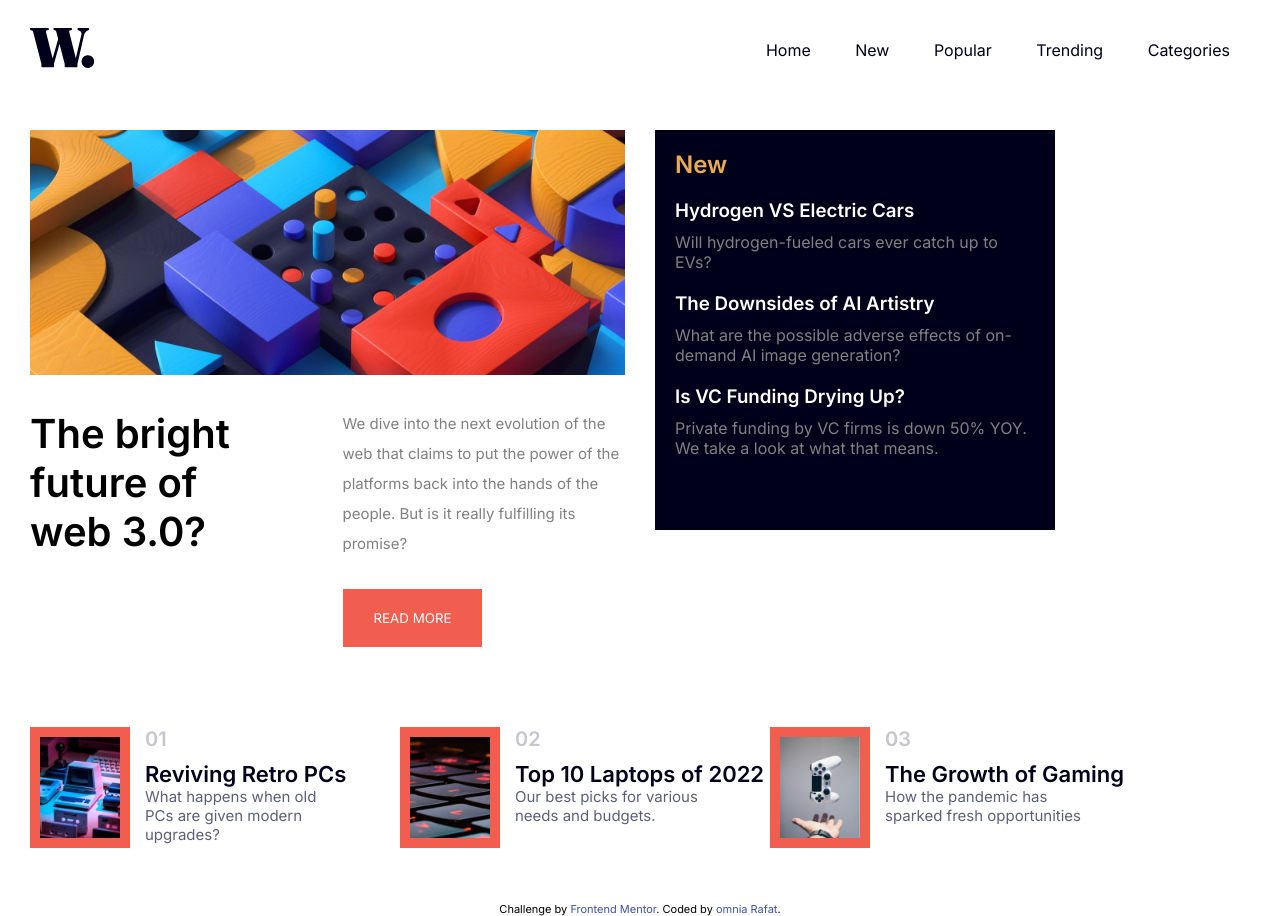
Repository: OmniaRafat232111121/HomePage
Page: index.html
An editor plug-in stored every save of this project. The page is shown before and after a run of saves, followed by the edit.
The browser window is 1280 px wide. The pictures show the whole page.

Above is the page before, as saved 2022-12-17 23:23:11.

After the next 2 saves:
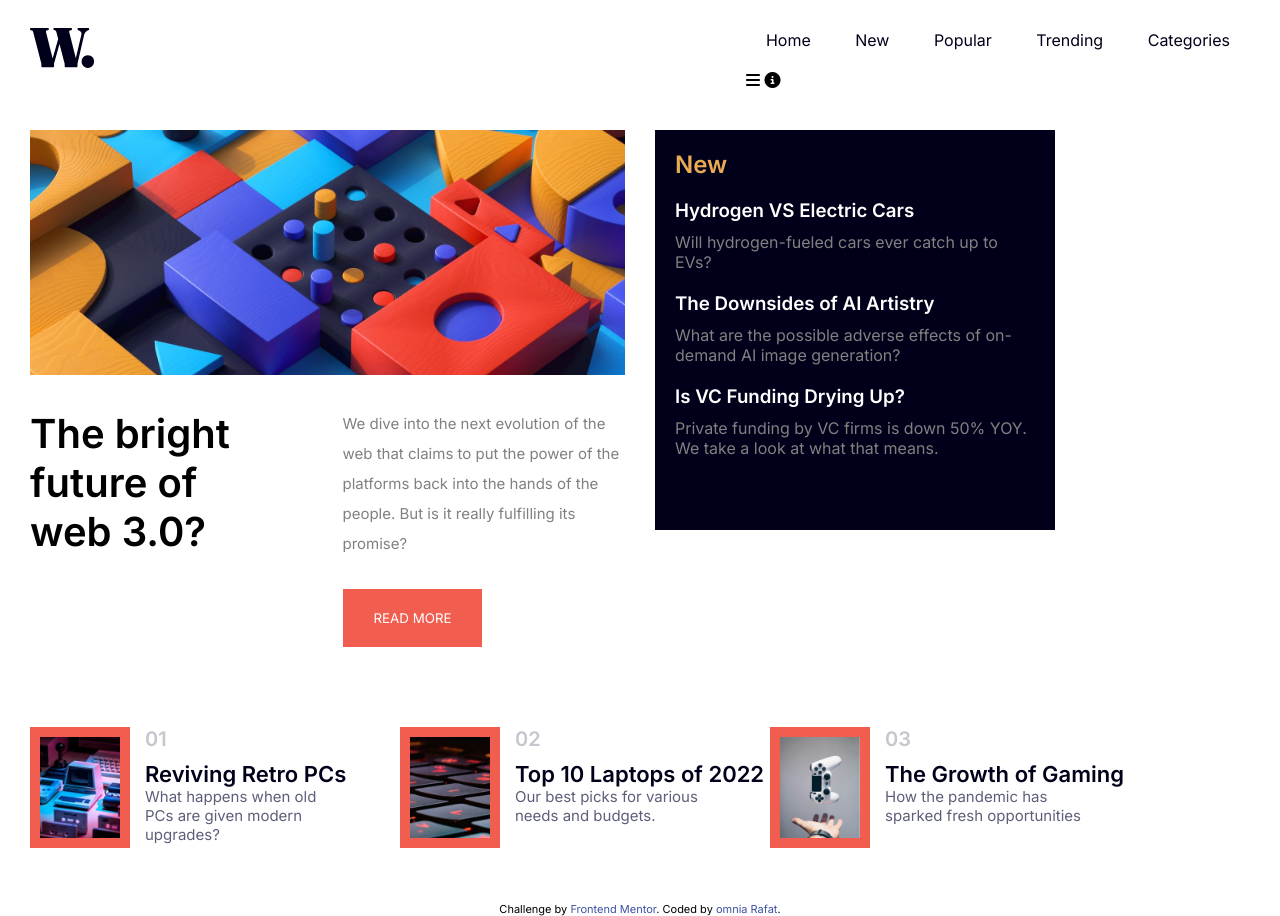
The 2 saves are shown as one change because they came seconds apart.
The last was saved 85 s later.
--- a/index.html
+++ b/index.html
@@ -35,7 +35,10 @@
 
       </ul>
       <div class="icon">
-              <i class="fa-solid fa-bars"></i>
+          <div class="icons">
+      <div id="menu-btn"  class="fa-solid fa-bars"></div>
+      <div id="info-btn" class="fas fa-info-circle"></div>
+   </div>
 
       </div>
     </nav>
